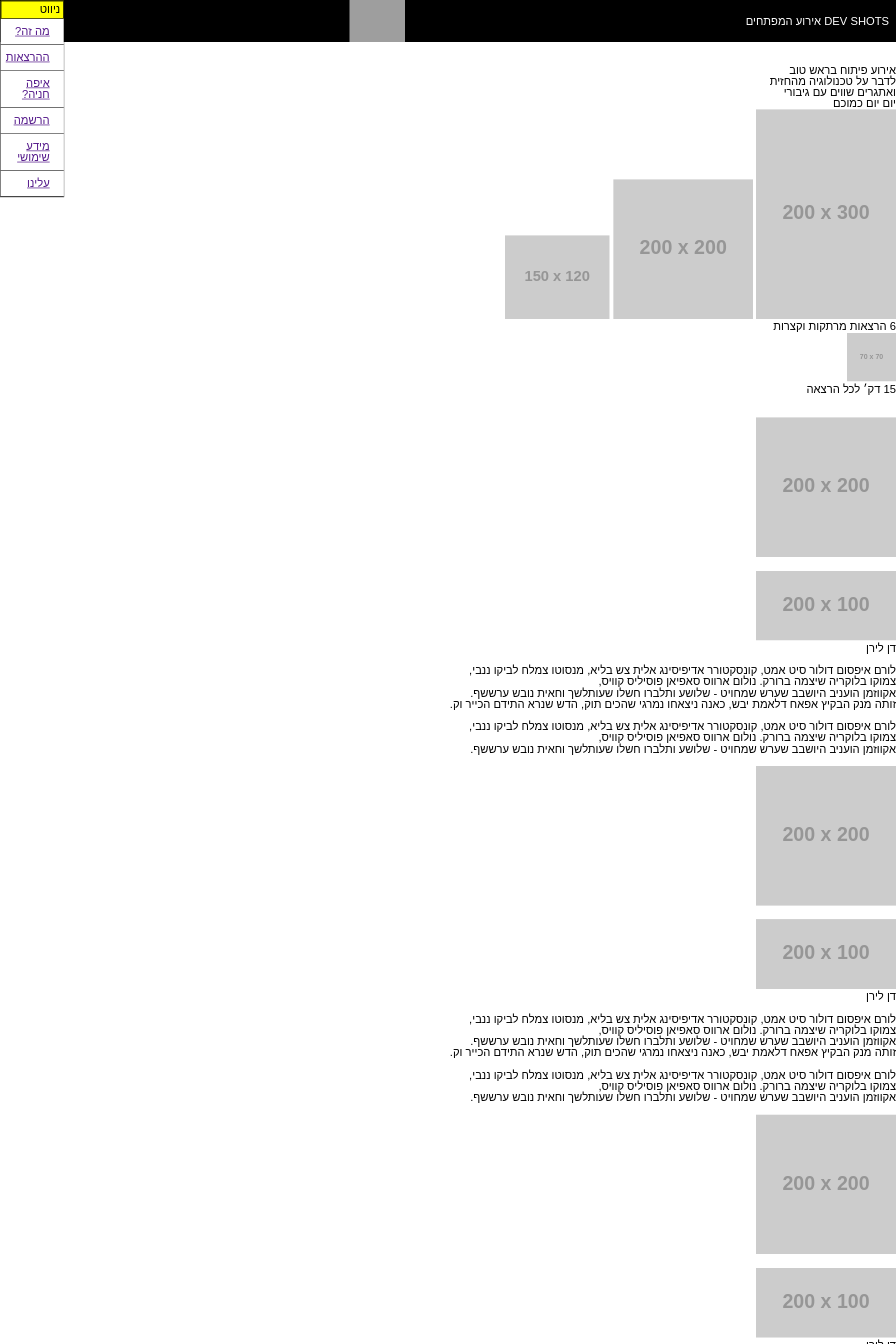
Repository: Julian-Escobar/DevShots
Page: index.html
These files come from the project's save history. The page is drawn as it stood at one moment and after the next save; the edit follows.
The browser window is 1280 px wide. The pictures show the part of the page from y = 0 to 1920 px (the page is 5922 px tall), at 70% of full size.
Pictures or frames that could not be fetched are drawn as grey boxes.

Above is the page before, as saved 2018-08-28 19:29:19.

After the next save:
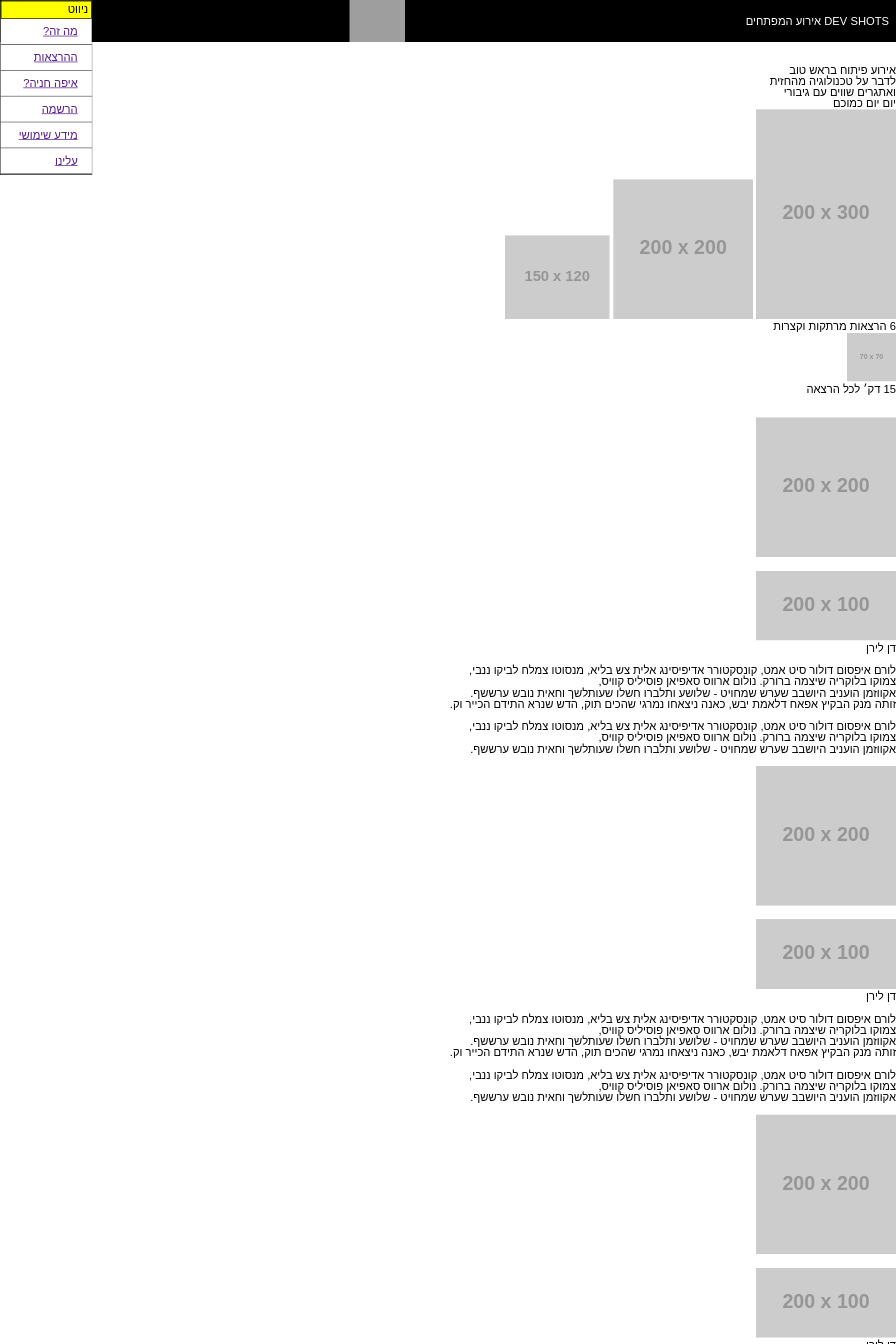
Saved 7 s later.
--- a/style.css
+++ b/style.css
@@ -112,7 +112,7 @@ header {
         position: fixed;
         top: 0;
         left: 0;
-        width: 90px;
+        width: 130px;
         border: 1px solid black;
 
 
